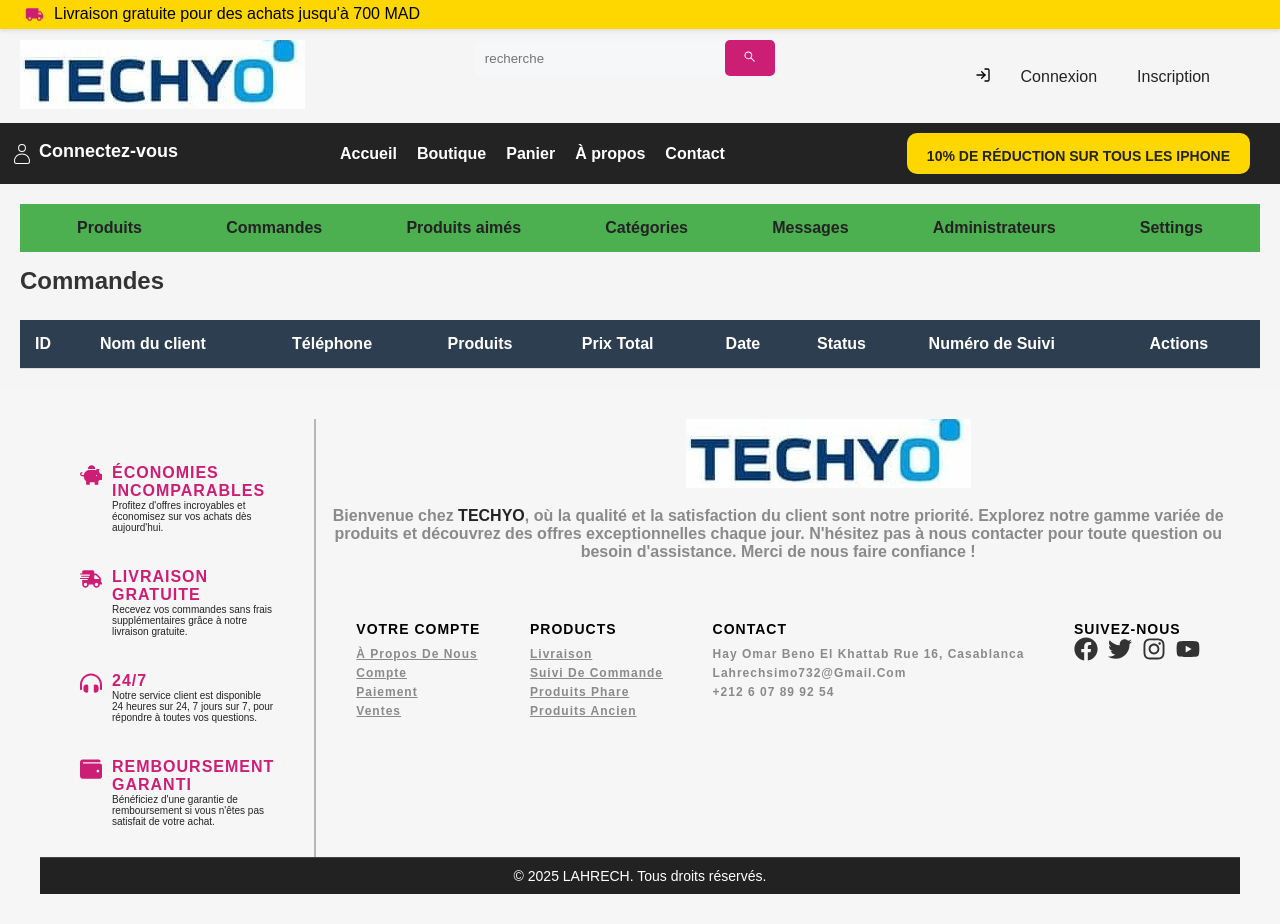
Repository: sebti-cloud/project-modern
Page: /orders (app in ecommerce_website/)
The author's editor kept a copy of each file at every save. The page is drawn from the files as they stood at one save, then again after the next save.
The browser window is 1280 px wide. The pictures show the whole page.
The page's requests for data from a server got no answer. The project was rebuilt for these pictures with package versions that can differ from the ones it lists, and the page was loaded fresh each time. No one was signed in, and anything a server would have sent is missing. Also part of the build but not shown: ecommerce_website/src/comp/home.js, ecommerce_website/src/comp/shop.js, ecommerce_website/src/comp/cart.js, ecommerce_website/src/comp/contact.js, ecommerce_website/src/comp/rout.js, ecommerce_website/src/comp/Products.js, ecommerce_website/src/comp/LikedProducts.js, ecommerce_website/src/comp/Categories.js and 27 more.

Above is the page before, as saved 2025-01-09 01:25:36.

### ecommerce_website/src/styles/app.css
/* app.css */
body {
    font-family: Arial, sans-serif;
    margin: 0;
    padding: 0;
    background-color: #f5f5f5;
  }

  h1 {
    color: #333;
  }

  button {
    background-color: #007bff;
    color: white;
    border: none;
    padding: 10px 20px;
    cursor: pointer;
  }

  button:hover {
    background-color: #0056b3;
  }

### ecommerce_website/src/comp/Orders.js
/*import React, { useState, useEffect } from 'react';
import { Link } from 'react-router-dom';
import './admin.css';

const Orders = () => {
  const [orders, setOrders] = useState([]);
  const [products, setProducts] = useState([]);

  useEffect(() => {
    fetchOrders();
    fetchProducts();
  }, []);

  const fetchOrders = async () => {
    try {
      console.log('Fetching orders...'); // Ajout de log
      const response = await fetch('http://localhost:3001/api/orders');
      console.log('Response received for orders:', response); // Ajout de log

      if (!response.ok) {
        throw new Error(`HTTP error! status: ${response.status}`);
      }

      const data = await response.json();
      console.log('Data received for orders:', data); // Ajout de log
      setOrders(Array.isArray(data) ? data : []);
    } catch (error) {
      console.error('Error fetching orders:', error);
    }
  };

  const fetchProducts = async () => {
    try {
      console.log('Fetching products...'); // Ajout de log
      const response = await fetch('http://localhost:3001/api/products');
      console.log('Response received for products:', response); // Ajout de log

      if (!response.ok) {
        throw new Error(`HTTP error! status: ${response.status}`);
      }

      const data = await response.json();
      console.log('Data received for products:', data); // Ajout de log
      setProducts(Array.isArray(data) ? data : []);
    } catch (error) {
      console.error('Error fetching products:', error);
    }
  };

  const handleValidateOrder = async (id) => {
    try {
      const response = await fetch(`http://localhost:3001/api/orders/${id}/validate`, {
        method: 'PUT',
      });
      if (response.ok) {
        fetchOrders();
        alert('Order validated successfully!', 'alert-success');
      } else {
        alert('Failed to validate order.', 'alert-danger');
      }
    } catch (error) {
      console.error('Error validating order:', error);
    }
  };

  const handleDeleteOrder = async (id) => {
    try {
      const response = await fetch(`http://localhost:3001/api/orders/${id}`, {
        method: 'DELETE',
      });
      if (response.ok) {
        fetchOrders();
        alert('Commande supprimée avec succès!', 'alert-danger');
      } else {
        const errorData = await response.json();
        alert(`Échec de la suppression de la commande: ${errorData.message}`, 'alert-danger');
      }
    } catch (error) {
      console.error('Erreur lors de la suppression de la commande:', error);
      alert(`Erreur lors de la suppression de la commande: ${error.message}`, 'alert-danger');
    }
  };

  const getProductDetails = (productId) => {
    return products.find(product => product.id === productId);
  };

  return (
    <div className="admin-dashboard">
      <nav>
        <ul>
          <li><Link to="/products">Produits</Link></li>
          <li><Link to="/orders">Commandes</Link></li>
          <li><Link to="/likedProducts">Produits aimés</Link></li>
          <li><Link to="/categories">Catégories</Link></li>
          <li><Link to="/contacts">Messages</Link></li>
          <li><Link to="/admins">Administrateurs</Link></li>
        </ul>
      </nav>
      <div className="orders">
        <h2 className="orders-header">Commandes</h2>
        <table>
          <thead>
            <tr>
              <th>ID</th>
              <th>Nom du client</th>
              <th>Téléphone</th>
              <th>Produits</th>
              <th>Prix Total</th>
              <th>Date</th>
              <th>Status</th>
              <th>Numéro de Suivi</th>
              <th>Actions</th>
            </tr>
          </thead>
          <tbody>
            {orders.map(order => (
              <tr key={order.id}>
                <td>{order.id}</td>
                <td>{order.user_name} {order.user_surname}</td>
                <td>{order.user_phone}</td>
                <td>
                  {order.products && order.products.map(product => {
                    const productDetails = getProductDetails(product.id);
                    return productDetails ? (
                      <div key={product.id}>
                        <img src={`http://localhost:3001${productDetails.image}`} alt={productDetails.name} width="50" />
                        {productDetails.name} x {product.qty}
                      </div>
                    ) : null;
                  })}
                </td>
                <td>{order.total_price} MAD</td>
                <td>{new Date(order.created_at).toLocaleString()}</td>
                <td>{order.status === 'validated' ? 'Validée' : 'En attente'}</td>
                <td>{order.tracking_number}</td>
                <td>
                  <button className="validate" onClick={() => handleValidateOrder(order.id)}>Valider</button>
                  <button className="delete" onClick={() => handleDeleteOrder(order.id)}>Supprimer</button>
                </td>
              </tr>
            ))}
          </tbody>
        </table>
      </div>
    </div>
  );
};

export default Orders;
*/
import React, { useState, useEffect } from 'react';
import { Link } from 'react-router-dom';
import './admin.css';

const Orders = () => {
  const [orders, setOrders] = useState([]);
  const [products, setProducts] = useState([]);
  const [statuses, setStatuses] = useState({}); // État pour les statuts des commandes

  useEffect(() => {
    fetchOrders();
    fetchProducts();
  }, []);

  const fetchOrders = async () => {
    try {
      console.log('Fetching orders...');
      const response = await fetch('http://localhost:3001/api/orders');
      console.log('Response received for orders:', response);

      if (!response.ok) {
        throw new Error(`HTTP error! status: ${response.status}`);
      }

      const data = await response.json();
      console.log('Data received for orders:', data);
      setOrders(Array.isArray(data) ? data : []);
    } catch (error) {
      console.error('Error fetching orders:', error);
    }
  };

  const fetchProducts = async () => {
    try {
      console.log('Fetching products...');
      const response = await fetch('http://localhost:3001/api/products');
      console.log('Response received for products:', response);

      if (!response.ok) {
        throw new Error(`HTTP error! status: ${response.status}`);
      }

      const data = await response.json();
      console.log('Data received for products:', data);
      setProducts(Array.isArray(data) ? data : []);
    } catch (error) {
      console.error('Error fetching products:', error);
    }
  };
  const handleUpdateOrder = async (orderId) => {
    const status = statuses[orderId]; // Récupérer le statut spécifique à la commande
    if (status) {
      try {
        const response = await fetch(`http://localhost:3001/api/update-tracking/${orderId}`, {
          method: 'PUT',
          headers: { 'Content-Type': 'application/json' },
          body: JSON.stringify({ status }),
        });

        if (!response.ok) {
          throw new Error(`HTTP error! status: ${response.status}`);
        }

        const data = await response.json();
        alert('Commande mise à jour avec succès');
        setOrders(orders.map(order => order.id === orderId ? data : order));
        setStatuses(prevStatuses => ({ ...prevStatuses, [orderId]: '' }));
      } catch (error) {
        console.error('Erreur lors de la mise à jour de la commande :', error);
        alert('Failed to update order');
      }
    } else {
      alert('Status is required');
    }
  };

  const handleDeleteOrder = async (id) => {
    try {
      const response = await fetch(`http://localhost:3001/api/orders/${id}`, {
        method: 'DELETE',
      });
      if (response.ok) {
        fetchOrders();
        alert('Commande supprimée avec succès!', 'alert-danger');
      } else {
        const errorData = await response.json();
        alert(`Échec de la suppression de la commande: ${errorData.message}`, 'alert-danger');
      }
    } catch (error) {
      console.error('Erreur lors de la suppression de la commande:', error);
      alert(`Erreur lors de la suppression de la commande: ${error.message}`, 'alert-danger');
    }
  };

  const getProductDetails = (productId) => {
    return products.find(product => product.id === productId);
  };

  const handleStatusChange = (orderId, newStatus) => {
    setStatuses(prevStatuses => ({ ...prevStatuses, [orderId]: newStatus }));
  };

  return (
    <div className="admin-dashboard">
      <nav>
        <ul>
          <li><Link to="/products">Produits</Link></li>
          <li><Link to="/orders">Commandes</Link></li>
          <li><Link to="/likedProducts">Produits aimés</Link></li>
          <li><Link to="/categories">Catégories</Link></li>
          <li><Link to="/contacts">Messages</Link></li>
          <li><Link to="/admins">Administrateurs</Link></li>
          <li><Link to="/admin-settings">Settings</Link></li>
        </ul>
      </nav>
      <div className="orders">
        <h2 className="orders-header">Commandes</h2>
        <table>
          <thead>
            <tr>
              <th>ID</th>
              <th>Nom du client</th>
              <th>Téléphone</th>
              <th>Produits</th>
              <th>Prix Total</th>
              <th>Date</th>
              <th>Status</th>
              <th>Numéro de Suivi</th>
              <th>Actions</th>
            </tr>
          </thead>
          <tbody>
            {orders.map(order => (
              <tr key={order.id}>
                <td>{order.id}</td>
                <td>{order.user_name} {order.user_surname}</td>
                <td>{order.user_phone}</td>
                <td>
                  {order.products && order.products.map(product => {
                    const productDetails = getProductDetails(product.id);
                    return productDetails ? (
                      <div key={`${order.id}-${product.id}`}>
                        <img src={`http://localhost:3001${productDetails.image}`} alt={productDetails.name} width="50" />
                        {productDetails.name} x {product.qty}
                      </div>
                    ) : null;
                  })}
                </td>
                <td>{order.total_price} MAD</td>
                <td>{new Date(order.created_at).toLocaleString()}</td>
                <td>
                  <select value={statuses[order.id] || order.status} onChange={(e) => handleStatusChange(order.id, e.target.value)}>
                    <option value="pending">En attente</option>
                    <option value="validated">Validée</option>
                    <option value="shipped">Expédiée</option>
                    <option value="delivered">Livrée</option>
                    <option value="cancelled">Annulée</option>
                  </select>
                </td>
                <td>{order.tracking_number}</td>
                <td>
                  <button onClick={() => handleUpdateOrder(order.id)}>Mettre à jour</button>
                  <button className="delete" onClick={() => handleDeleteOrder(order.id)}>Supprimer</button>
                </td>
              </tr>
            ))}
          </tbody>
        </table>
      </div>
    </div>
  );
};

export default Orders;

### ecommerce_website/src/comp/register.css
/* Styles pour le conteneur d'inscription uniquement */
.register-page {
    height: 100vh;
    display: flex;
    justify-content: center;
    align-items: center;
    background: linear-gradient(135deg, #ff9a9e 0%, #fad0c4 100%);
    margin: 0;
    padding: 0;
    font-family: 'Arial', sans-serif;
  }

  .register-container {
    width: 100%;
    max-width: 400px;
    background: #fff;
    padding: 40px;
    border-radius: 10px;
    box-shadow: 0 4px 8px rgba(0, 0, 0, 0.1);
  }

  .register-form-container {
    display: flex;
    flex-direction: column;
    align-items: center;
  }

  h2 {
    margin-bottom: 20px;
    color: #333;
  }

  .input-group {
    width: 100%;
    margin-bottom: 20px;
  }

  .input-group label {
    display: block;
    margin-bottom: 5px;
    color: #666;
  }

  .input-group input, .input-group textarea {
    width: 100%;
    padding: 10px;
    border: 1px solid #ddd;
    border-radius: 5px;
    transition: all 0.3s;
  }

  .input-group.name input, .input-group.phone input, .input-group.password input, .input-group.email input, .input-group.address textarea {
    width: 100%;
  }

  .input-group input:focus, .input-group textarea:focus {
    border-color: #ff6f61;
    box-shadow: 0 0 8px rgba(255, 111, 97, 0.3);
    outline: none;
  }

  .register-button {
    width: 100%;
    padding: 10px 0;
    background: #ff6f61;
    color: #fff;
    border: none;
    border-radius: 5px;
    font-weight: bold;
    cursor: pointer;
    transition: all 0.3s;
  }

  .register-button:hover {
    background: #e65c53;
  }

### ecommerce_website/src/comp/login.css
/* Styles pour le conteneur de connexion uniquement */
.login-page {
    height: 100vh;
    display: flex;
    justify-content: center;
    align-items: center;
    background: linear-gradient(135deg, #ff9a9e 0%, #fad0c4 100%);
    margin: 0;
    padding: 0;
    font-family: 'Arial', sans-serif;
}

.login-container {
    width: 100%;
    max-width: 400px;
    background: #fff;
    padding: 40px;
    border-radius: 10px;
    box-shadow: 0 4px 8px rgba(0, 0, 0, 0.1);
}

.login-form-container {
    display: flex;
    flex-direction: column;
    align-items: center;
}

h2 {
    margin-bottom: 20px;
    color: #333;
}

.input-group {
    width: 100%;
    margin-bottom: 20px;
}

.input-group label {
    display: block;
    margin-bottom: 5px;
    color: #232323;
}

.input-group input {
    width: 100%;
    padding: 10px;
    border: 1px solid #ddd;
    border-radius: 5px;
    transition: all 0.3s;
}

.input-group.password input {
    width: 100%;
    /* Augmenter la largeur à 100% du conteneur parent */
}


.input-group input:focus {
    border-color: #ff6f61;
    box-shadow: 0 0 8px rgba(255, 111, 97, 0.3);
    outline: none;
}

.login-button {
    width: 100%;
    padding: 10px 0;
    background: #ff6f61;
    color: #fff;
    border: none;
    border-radius: 5px;
    font-weight: bold;
    cursor: pointer;
    transition: all 0.3s;
    margin-bottom: 10px;
}

.login-button:hover {
    background: #e65c53;
}

.google-login-button {
    width: 100%;
    padding: 10px 0;
    background: #4285f4;
    color: #fff;
    border: none;
    border-radius: 5px;
    font-weight: bold;
    cursor: pointer;
    transition: all 0.3s;
}

.google-login-button:hover {
    background: #357ae8;
}

.signup-link {
    margin-top: 20px;
    color: #666;
    font-size: 14px;
}

.signup-link a {
    color: #4285f4;
    text-decoration: none;
}

.signup-link a:hover {
    text-decoration: underline;
}

### ecommerce_website/src/comp/UserProfile.css
.profile-container {
    display: flex;
    flex-direction: column;
    align-items: center;
    padding: 20px;
    background-color: #f5f5f5;
    border-radius: 10px;
    box-shadow: 0 0 10px rgba(0, 0, 0, 0.1);
  }

  .profile-title {
    font-size: 24px;
    font-weight: bold;
    margin-bottom: 20px;
  }

  .profile-photo {
    width: 150px;
    height: 150px;
    border-radius: 50%;
    object-fit: cover;
    margin-bottom: 20px;
  }

  .profile-placeholder {
    font-size: 18px;
    color: #888;
    margin-bottom: 20px;
  }

  button {
    background-color: #4caf50;
    color: white;
    padding: 10px 20px;
    border: none;
    border-radius: 5px;
    cursor: pointer;
  }

  button:hover {
    background-color: #45a049;
  }

  input[type="file"] {
    margin-bottom: 20px;
  }

### ecommerce_website/src/comp/contact.css
* {
    margin: 0;
    padding: 0;
    font-family: sans-serif;
    box-sizing: border-box;
}

.contact {
    padding: 20px 40px;
    width: 100%;
}

.contact .container {
    padding: 10px 20px;
    max-width: 100%;
}

.contact .container .form {
    width: 500px;
    background: #f6f6f6;
    padding: 20px 30px;
    box-shadow: rgba(0, 0, 0, 0.24) 0px 3px 8px;
    margin: 0px auto;
    border-top: 3px solid #fed700;
    border-radius: 5px;
}

.contact .container .form h2 {
    color: #cd1e76;
    text-transform: uppercase;
    font-size: 18px;
    letter-spacing: 1px;
    font-weight: 600;
}

.contact .container .form .box {
    display: flex;
    margin-top: 20px;
    justify-content: space-between;
    width: 100%; /* Assure la pleine largeur de la boîte */
}

.contact .container .form .box .label h4 {
    margin-left: 30px;
    color: #232323;
    font-size: 14px;
    font-weight: 600;
    margin-top: 10px;
}

.contact .container .form .box .input input,
.contact .container .form .box .input textarea {
    width: calc(100% - 40px); /* Ajuste la largeur pour permettre un padding */
    margin-right: 16px; /* Correction de la marge */
    border: none;
    outline: none;
    background: none;
    border-bottom: 2px solid #8a8a8a;
    padding: 10px 20px;
}

.contact .container .form .box .input textarea {
    resize: none;
}

.contact .container .form button {
    margin-top: 20px;
    margin-left: 30px;
    padding: 10px 30px;
    color: #232323;
    border: none;
    outline: none;
    background: #fed700;
    cursor: pointer;
}

Loaded but not shown: ecommerce_website/public/index.html (common file); ecommerce_website/src/App.js (449 lines, source omitted); ecommerce_website/src/comp/nav.js (328 lines, source omitted); ecommerce_website/src/comp/footer.js (127 lines, source omitted); ecommerce_website/src/comp/home_product.js (112 lines, source omitted); ecommerce_website/src/index.js (22 lines, source omitted); ecommerce_website/src/comp/home.css (648 lines, source omitted); ecommerce_website/src/comp/admin.css (479 lines, source omitted); ecommerce_website/src/comp/shop.css (317 lines, source omitted); ecommerce_website/src/comp/cart.css (240 lines, source omitted); ecommerce_website/src/comp/nav.css (230 lines, source omitted); ecommerce_website/src/comp/footer.css (166 lines, source omitted); ecommerce_website/src/comp/TrackOrder.css (158 lines, source omitted)

After the next save:
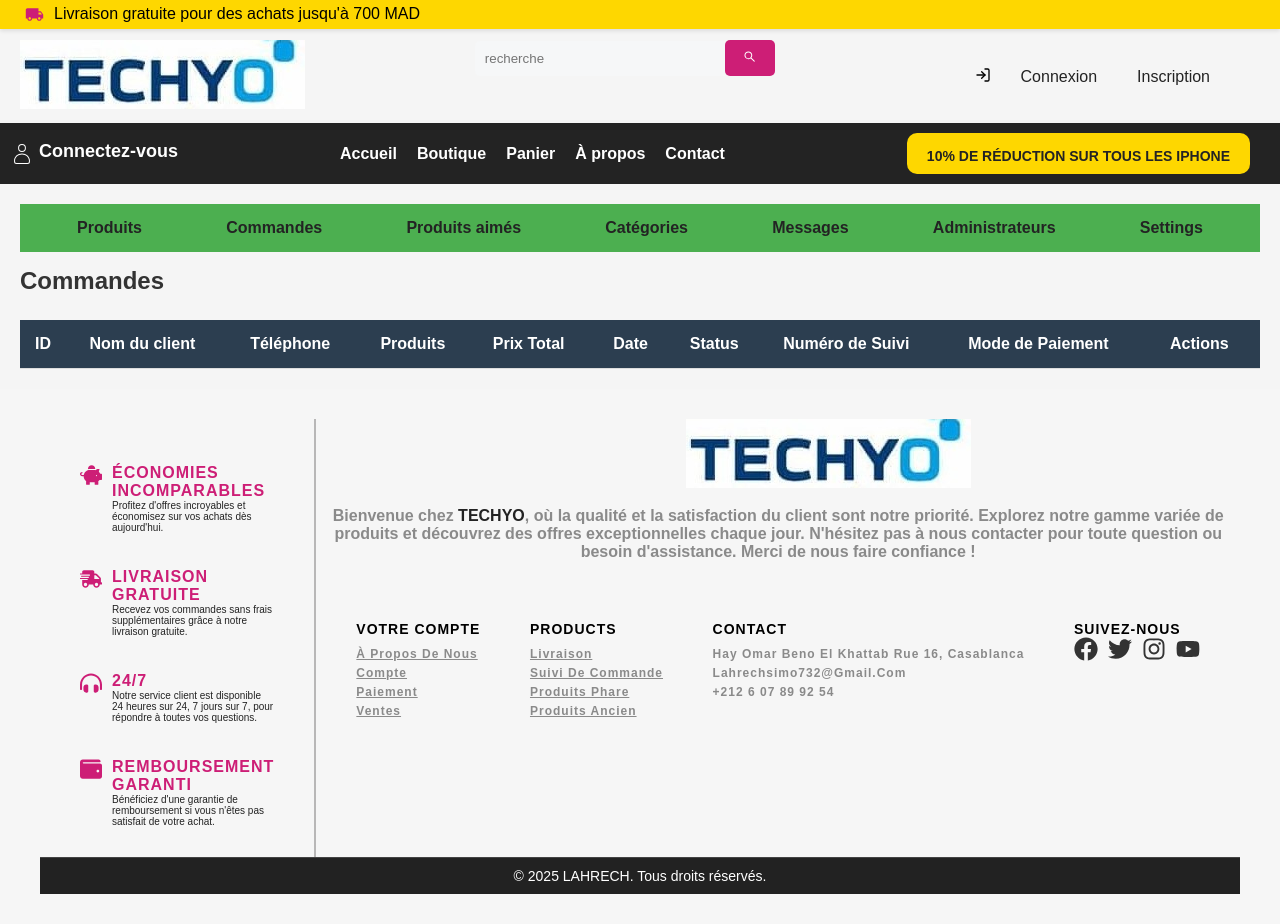
Saved 8 min 1 s later.
--- a/ecommerce_website/src/comp/Orders.js
+++ b/ecommerce_website/src/comp/Orders.js
@@ -156,7 +156,8 @@ import './admin.css';
 const Orders = () => {
   const [orders, setOrders] = useState([]);
   const [products, setProducts] = useState([]);
-  const [statuses, setStatuses] = useState({}); // État pour les statuts des commandes
+  const [statuses, setStatuses] = useState({});
+  const [paymentMethods, setPaymentMethods] = useState({});
 
   useEffect(() => {
     fetchOrders();
@@ -167,14 +168,10 @@ const Orders = () => {
     try {
       console.log('Fetching orders...');
       const response = await fetch('http://localhost:3001/api/orders');
-      console.log('Response received for orders:', response);
-
       if (!response.ok) {
         throw new Error(`HTTP error! status: ${response.status}`);
       }
-
       const data = await response.json();
-      console.log('Data received for orders:', data);
       setOrders(Array.isArray(data) ? data : []);
     } catch (error) {
       console.error('Error fetching orders:', error);
@@ -185,27 +182,25 @@ const Orders = () => {
     try {
       console.log('Fetching products...');
       const response = await fetch('http://localhost:3001/api/products');
-      console.log('Response received for products:', response);
-
       if (!response.ok) {
         throw new Error(`HTTP error! status: ${response.status}`);
       }
-
       const data = await response.json();
-      console.log('Data received for products:', data);
       setProducts(Array.isArray(data) ? data : []);
     } catch (error) {
       console.error('Error fetching products:', error);
     }
   };
+
   const handleUpdateOrder = async (orderId) => {
-    const status = statuses[orderId]; // Récupérer le statut spécifique à la commande
-    if (status) {
+    const status = statuses[orderId];
+    const paymentMethod = paymentMethods[orderId];
+    if (status || paymentMethod) {
       try {
         const response = await fetch(`http://localhost:3001/api/update-tracking/${orderId}`, {
           method: 'PUT',
           headers: { 'Content-Type': 'application/json' },
-          body: JSON.stringify({ status }),
+          body: JSON.stringify({ status, paymentMethod }),
         });
 
         if (!response.ok) {
@@ -216,12 +211,13 @@ const Orders = () => {
         alert('Commande mise à jour avec succès');
         setOrders(orders.map(order => order.id === orderId ? data : order));
         setStatuses(prevStatuses => ({ ...prevStatuses, [orderId]: '' }));
+        setPaymentMethods(prevMethods => ({ ...prevMethods, [orderId]: '' }));
       } catch (error) {
         console.error('Erreur lors de la mise à jour de la commande :', error);
         alert('Failed to update order');
       }
     } else {
-      alert('Status is required');
+      alert('Status and Payment Method are required');
     }
   };
 
@@ -249,6 +245,10 @@ const Orders = () => {
 
   const handleStatusChange = (orderId, newStatus) => {
     setStatuses(prevStatuses => ({ ...prevStatuses, [orderId]: newStatus }));
+  };
+
+  const handlePaymentMethodChange = (orderId, newPaymentMethod) => {
+    setPaymentMethods(prevMethods => ({ ...prevMethods, [orderId]: newPaymentMethod }));
   };
 
   return (
@@ -277,6 +277,7 @@ const Orders = () => {
               <th>Date</th>
               <th>Status</th>
               <th>Numéro de Suivi</th>
+              <th>Mode de Paiement</th>
               <th>Actions</th>
             </tr>
           </thead>
@@ -310,6 +311,12 @@ const Orders = () => {
                 </td>
                 <td>{order.tracking_number}</td>
                 <td>
+                  <select value={paymentMethods[order.id] || order.payment_method} onChange={(e) => handlePaymentMethodChange(order.id, e.target.value)}>
+                    <option value="paid">Payé</option>
+                    <option value="cash on delivery">Paiement à la livraison</option>
+                  </select>
+                </td>
+                <td>
                   <button onClick={() => handleUpdateOrder(order.id)}>Mettre à jour</button>
                   <button className="delete" onClick={() => handleDeleteOrder(order.id)}>Supprimer</button>
                 </td>
